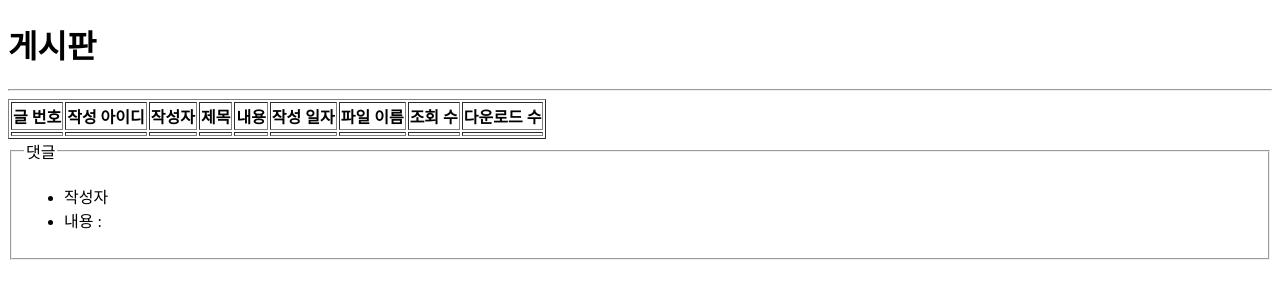
Repository: khy4701/JavaServerPage-Servlet
Page: http://localhost/07.BoardProejct/View.jsp
An editor plug-in stored every save of this project. The page is shown before and after the next save, followed by the edit.
The browser window is 1280 px wide. The pictures show the whole page.
The page is served by Tomcat 9. Other server files are loaded and not shown.

Above is the page before, as saved 2016-07-27 00:42:01.

### 07.BoardProejct/WebContent/View.jsp
<%@ page language="java" contentType="text/html; charset=UTF-8"
    pageEncoding="UTF-8"%>
<%@ taglib uri="http://java.sun.com/jsp/jstl/core" prefix="c" %>

<!DOCTYPE html>
<html>
<head>
<meta charset="UTF-8">
<title>Insert title here</title>
</head>
<body>

<h1>게시판</h1>
<hr>

<c:set var ="content" value= "${requestScope.ContentInfo}"/>
<table border ="1">

<tr><th> 글 번호 </th> <th> 작성 아이디</th><th>작성자 </th> <th> 제목</th>
<th>내용 </th> <th>작성 일자</th> <th>파일 이름</th> <th>조회 수</th> <th> 다운로드 수</th> </tr>

    <tr><td> ${content.num }        </td>
    <td align ="center"> ${content.id }  			</td>
    <td align ="center"> ${content.name }			</td>
    <td align ="center"> ${content.title }  		</td>
    <td align ="center"> ${content.content }  	  	</td>
    <td align ="center"> ${content.writeDate }   	</td>
    <td align ="center"> ${content.fileName }   	</td>
    <td align ="center"> ${content.readCount }  	</td>
    <td align ="center"> ${content.downCount } 		</td></tr>

</table>

<fieldset>
	<legend>댓글 </legend>
		<ul>
			<li>작성자 </li>
			<li>내용 : </li>
		</ul>
</fieldset>

</body>
</html>

After the next save:
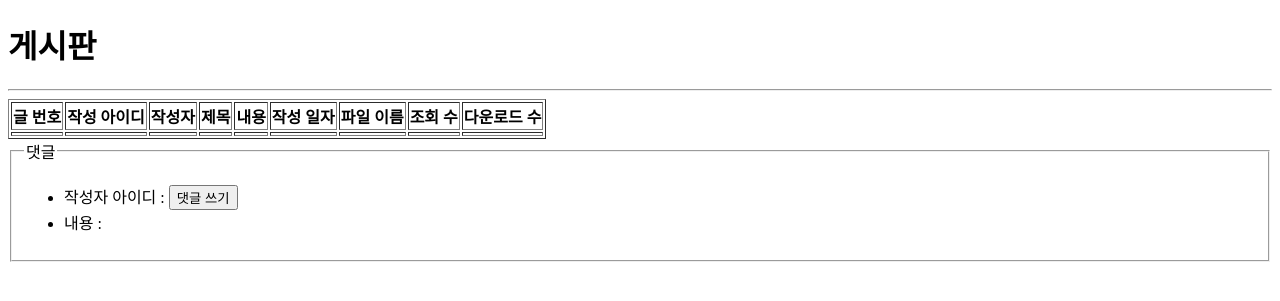
Saved 104 s later.
--- a/07.BoardProejct/WebContent/View.jsp
+++ b/07.BoardProejct/WebContent/View.jsp
@@ -34,7 +34,7 @@
 <fieldset>
 	<legend>댓글 </legend>
 		<ul>
-			<li>작성자 </li>
+			<li>작성자 아이디 : ${content.id} <input type="button" value="댓글 쓰기"> </li>
 			<li>내용 : </li>
 		</ul>
 </fieldset>
